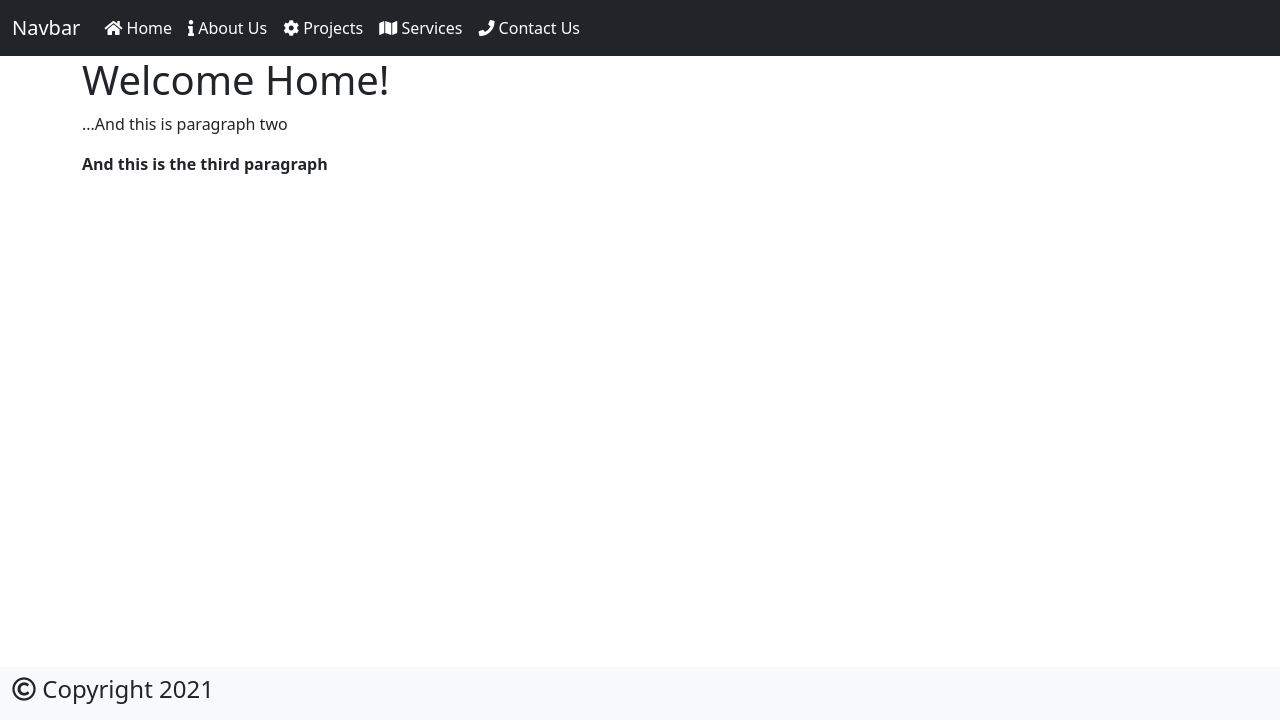
Repository: spencernewellevans/WEBD6201-ICE01
Page: index.html
The author's editor kept a copy of each file at every save. The page is drawn from the files as they stood at one save, then again after the next save.
The browser window is 1280 px wide. The pictures show the whole page.

Above is the page before, as saved 2021-01-22 18:54:51.

### index.html
<!DOCTYPE html>
<html lang="en">
<head>
    <meta charset="UTF-8">
    <meta name="viewport" content="width=device-width, initial-scale=1.0">
    <title>WEBD6201 - ICE01</title>
    <!-- CSS Section-->
    <link rel="stylesheet" href="./node_modules/bootstrap/dist/css/bootstrap.min.css">
    <link rel="stylesheet" href="./node_modules/@fortawesome/fontawesome-free/css/all.min.css">
    <link rel="stylesheet" href="./Content/app.css">
</head>
<body>
    <header>
        <nav class="navbar navbar-expand-lg navbar-dark bg-dark">
            <div class="container-fluid">
              <a class="navbar-brand" href="#">Navbar</a>
              <button class="navbar-toggler" type="button" data-bs-toggle="collapse" data-bs-target="#navbarSupportedContent" aria-controls="navbarSupportedContent" aria-expanded="false" aria-label="Toggle navigation">
                <span class="navbar-toggler-icon"></span>
              </button>
              <div class="collapse navbar-collapse" id="navbarSupportedContent">
                <ul class="navbar-nav me-auto mb-2 mb-lg-0">
                  <li class="nav-item">
                    <a class="nav-link active" aria-current="page" href="#"><i class="fas fa-home fa-large"></i> Home</a>
                  </li>

                  <li class="nav-item">
                    <a class="nav-link active" aria-current="page" href="#"><i class="fas fa-info fa-large"></i> About Us</a>
                  </li>

                  <li class="nav-item">
                    <a class="nav-link active" aria-current="page" href="#"><i class="fas fa-cog fa-large"></i> Projects</a>
                  </li>

                  <li class="nav-item">
                    <a class="nav-link active" aria-current="page" href="#"><i class="fas fa-map fa-large"></i> Services</a>
                  </li>

                  <li class="nav-item">
                    <a class="nav-link active" aria-current="page" href="#"><i class="fas fa-phone fa-large"></i> Contact Us</a>
                  </li>
                </ul>
              </div>
            </div>
          </nav>
    </header>

    <main class="container">
        <h1>Welcome to WEBD 6201</h1>
        <p id="paragraphOne"></p>
    </main>

    <footer>
        <nav class="navbar fixed-bottom navbar-light bg-light">
            <div class="container-fluid">
              <h4><i class="far fa-copyright fa-large"></i> Copyright 2021</h4>
            </div>
          </nav>
    </footer>

    <!-- Script Section -->
    <script src="./node_modules/jquery/dist/jquery.min.js"></script>
    <script src="./node_modules/bootstrap/dist/js/bootstrap.bundle.min.js"></script>
    <script src="./Scripts/app.js"></script>
</body>
</html>

### content/app.css
/* Custom CSS goes here */

### scripts/app.js
/* Custom JavaScript goes here */

// IIFE - Immediately Invoked Function Expression
// Anonymous self-executing expression
// limits scope leak

"use strict";

(function()
{

    function Start()
    {
        console.log("App Started...");

        let paragraphOneText = "This is a simple site to demonstrate DOM manipulation for ICE 1";

        let paragraphOneElement = document.getElementById("paragraphOne");

        paragraphOneElement.textContent = paragraphOneText;
        paragraphOneElement.className = "fs-5"

        // CREATION
        // Step 1. create the element
        let newParagraph = document.createElement("p");
        // Step 2. configure the element
        newParagraph.setAttribute("id","paragraphTwo");
        newParagraph.textContent = "...And this is paragraph two"
        // Step 3. select parent element
        let mainContent = document.getElementsByTagName("main")[0];
        // Step 3. insert the element
        mainContent.appendChild(newParagraph);
        newParagraph.className = "fs-6";

        let paragraphDiv = document.createElement("div");
        let paragraphThree =  `<p id="paragraphThree" class="fs-7 fw-bold">And this is the third paragraph</p>`;
        paragraphDiv.innerHTML = paragraphThree;

        // INSERTION
        // insertion before a node example
        //newParagraph.before(paragraphDiv);

        // insertion after a node example
        newParagraph.after(paragraphDiv);

        // DELETION
        // example of removing a single element
        //paragraphOneElement.remove();

        // removeChild example
        mainContent.removeChild(paragraphOneElement);

        // MODIFICATION
        mainContent.firstElementChild.textContent = "Welcome Home!"

    }

    window.addEventListener("load", Start);

})();

Loaded but not shown: node_modules/bootstrap/dist/css/bootstrap.min.css (library); node_modules/@fortawesome/fontawesome-free/css/all.min.css (library); node_modules/jquery/dist/jquery.min.js (library); node_modules/bootstrap/dist/js/bootstrap.bundle.min.js (library)

After the next save:
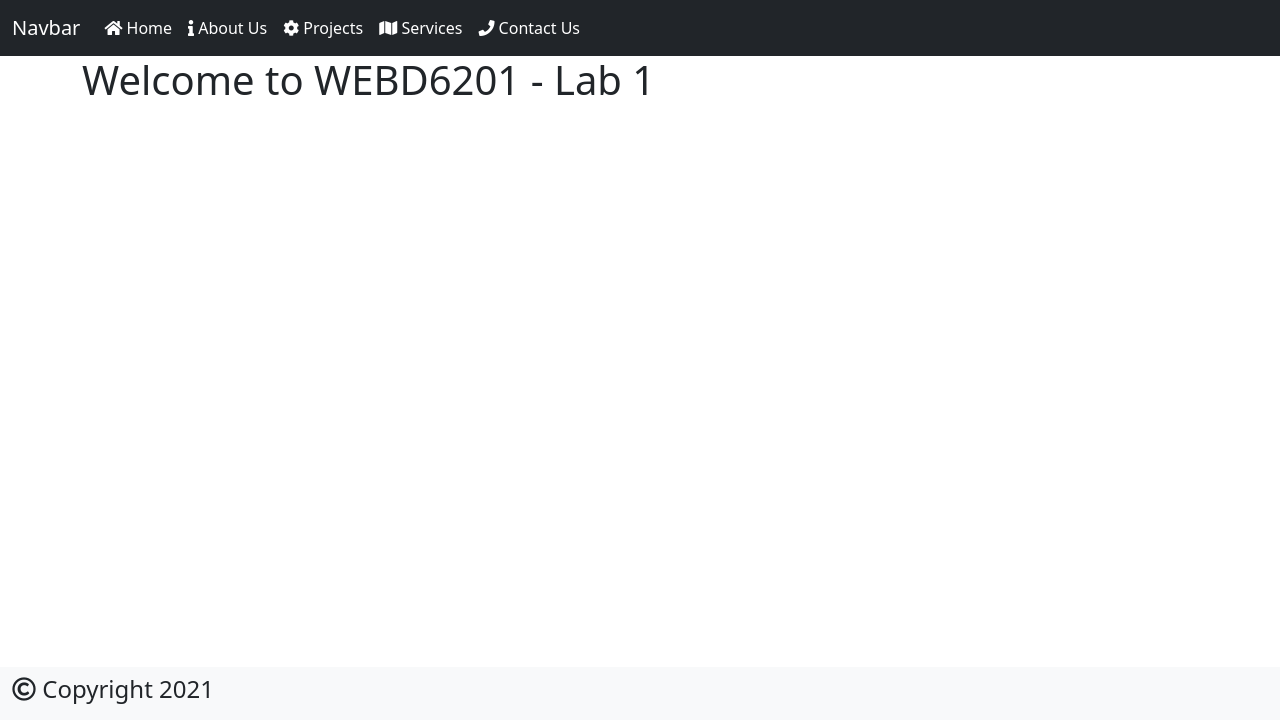
Saved 104 s later.
--- a/scripts/app.js
+++ b/scripts/app.js
@@ -51,7 +51,10 @@
         mainContent.removeChild(paragraphOneElement);
 
         // MODIFICATION
-        mainContent.firstElementChild.textContent = "Welcome Home!"
+        //mainContent.firstElementChild.textContent = "Welcome Home!"
+        mainContent.innerHTML =
+        `<h1 id="firstHeading">Welcome to WEBD6201 - Lab 1</h1>
+        `
 
     }
 
